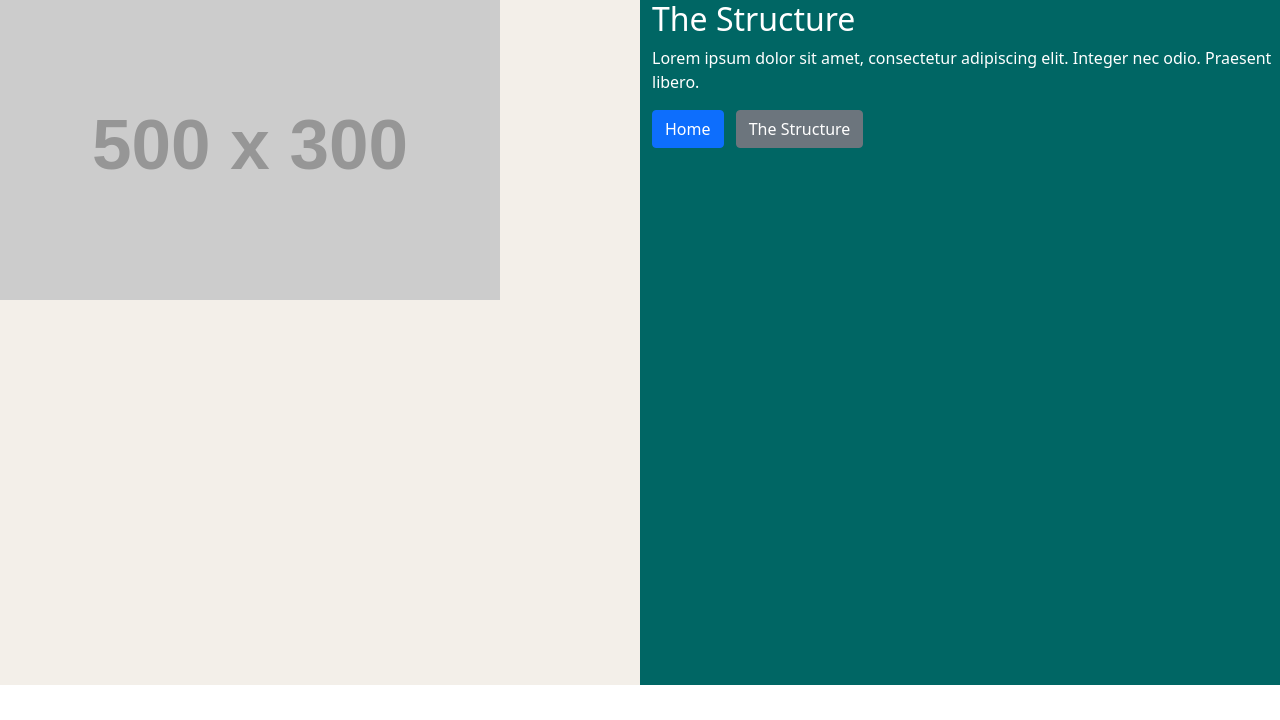
Repository: angelica-hom/msdv-thesis
Page: structure.html
The author's editor kept a record of every edit. The page is drawn from the files as they stood at one moment, then again after the next edit.
The browser window is 1280 px wide. The pictures show the whole page.

Above is the page before.

### structure.html
<!doctype html>
<html lang="en">
<head>
    <meta charset="utf-8">
    <meta name="viewport" content="width=device-width, initial-scale=1">
    <link href="https://cdn.jsdelivr.net/npm/bootstrap@5.1.3/dist/css/bootstrap.min.css" rel="stylesheet">
    <link href="themes.css" rel="stylesheet">
    <title>Responsive Webpage with Image and Text</title>
</head>
<body>
    <div class="container-fluid">
        <div class="row">
            <div class="col-md-6 left-section">
                <img src="https://via.placeholder.com/500x300" alt="Static image" class="img-fluid">
            </div>
            <div class="col-md-6 d-flex flex-column justify-content-center right-section">
                <h2>The Structure</h2>
                <p>Lorem ipsum dolor sit amet, consectetur adipiscing elit. Integer nec odio. Praesent libero.</p>
                <div>
                    <a href="characters.html" class="btn btn-primary me-2">Home</a>
                    <a href="#" class="btn btn-secondary">The Structure</a>
                </div>
            </div>
        </div>
    </div>

    <script src="themes.js"></script>
    <script src="https://cdn.jsdelivr.net/npm/@popperjs/core@2.11.6/dist/umd/popper.min.js"></script>
    <script src="https://cdn.jsdelivr.net/npm/bootstrap@5.1.3/dist/js/bootstrap.min.js"></script>
</body>
</html>

### themes.css
@import url('https://fonts.googleapis.com/css2?family=Roboto+Flex:wght@100;200;300;400;500;600;700;800;900;1000&display=swap');
@import url('https://fonts.googleapis.com/css2?family=Roboto+Mono:ital,wght@0,100;0,200;0,300;0,400;0,500;0,600;0,700;1,100;1,200;1,300;1,400;1,500;1,600;1,700&display=swap');

body, html {
    margin: 0;
    height: 100%;
    overflow-x: hidden;
}

.container-fluid {
    height: calc(100% - 35px); /* Subtract navbar height */
    padding: 0;
}

.row {
    height: 100%;
}

/* NAVBAR */
.navbar-custom {
    margin-bottom: 0;
    height: 35px;
    align-items: center; /* Center the navbar content vertically */
    background-color: #232122; /* New navbar background color */
    width: 100%; /* Make the navbar container wider */
    font-family: 'Roboto Mono', monospace; /* Specify the font family */
    font-weight: 700;
}

.navbar-custom .navbar-brand,
.navbar-custom .nav-link {
    color: #F3EFE9;
    padding: 0;
    line-height: 35px;
    font-size: 16px;
    letter-spacing: 0.05em;
    font-family: 'Roboto Mono', monospace;
    margin: 0; /* Add a margin to create more space between nav items */
}

.navbar-custom .navbar-nav {
    flex-grow: 1;
    display: flex;
    justify-content: space-between; /* Spread out the nav items */
}

.navbar-custom .nav-link:hover {
    color: #232122;
    background-color: #F3EFE9; /* New background color on hover */
}

/*a:focus, a:active, a:hover {*/
/*  outline: none;*/
/*  text-decoration: none;*/
  /*color: #F3EFE9; /* Set the desired color for the links */
/*}*/

/* Change the color of an inactive (unvisited) hyperlink */
a {
    color: #08BDBD; /* Replace with your desired color */
}

/* Change the color of a hyperlink when hovered over */
a:hover {
    color: #5A9; /* Replace with your desired color */
}

/* LEFT SECTION STYLE */
.left-section {
    background-color: #F3EFE9;
}

/* Change the font of the accordion buttons */
.accordion-button {
    font-family: 'Roboto Mono', sans-serif;
    font-size: 14px;
    background-color: #D9E9D8;
}

/* Change the font of the accordion content */
.accordion-body {
    font-family: 'Roboto Mono', monospace;
    font-size: 12px;
    color: #003D3C;
}

/* RIGHT SECTION STYLE */
.right-section {
    background-color: #006664;
    color: #FFF; /* Set text color to white for better contrast */
    justify-content: flex-start!important;
}

.right-section #content {
    padding: 25px;
}

.right-section #content h2 {
    font-family: 'Roboto Flex', sans-serif;
    font-style: normal;
    font-weight: 200;
    font-size: 45px;
}

.right-section #content .subheading {
    font-family: 'Roboto Flex', sans-serif;
    font-style: normal;
    font-weight: 700;
    font-size: 16px;
}

.right-section #content h3 {
    font-family: 'Roboto Flex', sans-serif;
    font-style: normal;
    font-weight: 700;
    font-size: 16px;
}

@media (max-width: 768px) {
  h2 {
    font-size: 28px;
  }
}

.right-section #content .bold {
    font-weight: 800;
}

.right-section #content p {
    font-family: 'Roboto Mono', monospace;
    font-style: normal;
    font-weight: 400;
    font-size: 15px;
}

/* VISUALIZATION */
.vertical-center {
  margin: 0;
  position: relative;
  top: 50%;
  -ms-transform: translateY(-50%);
  transform: translateY(-50%);
}

Loaded but not shown: themes.js (no copy from this time; the picture is the same without it)

After the next edit:
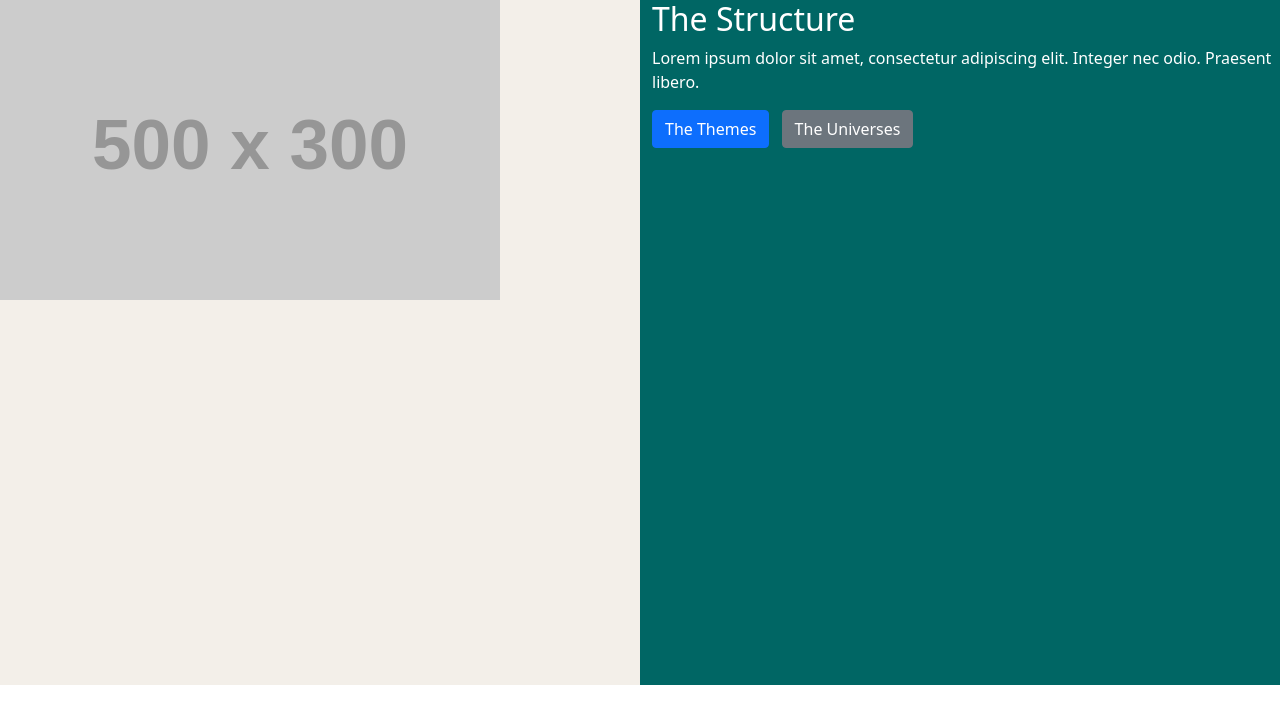
The edit:
--- a/structure.html
+++ b/structure.html
@@ -17,8 +17,8 @@
                 <h2>The Structure</h2>
                 <p>Lorem ipsum dolor sit amet, consectetur adipiscing elit. Integer nec odio. Praesent libero.</p>
                 <div>
-                    <a href="characters.html" class="btn btn-primary me-2">Home</a>
-                    <a href="#" class="btn btn-secondary">The Structure</a>
+                    <a href="themes.html" class="btn btn-primary me-2">The Themes</a>
+                    <a href="#" class="btn btn-secondary">The Universes</a>
                 </div>
             </div>
         </div>
